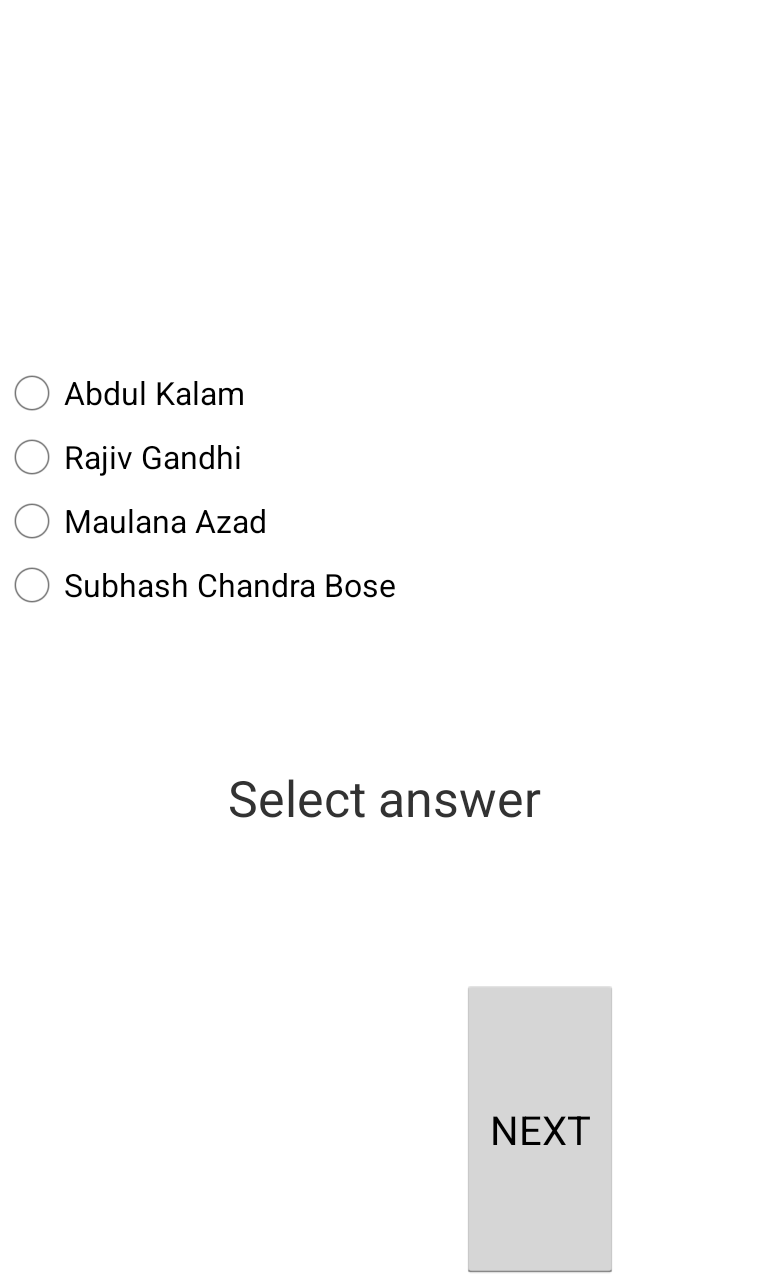
Repository: rupaligarje123/aakash
Layout: androidphotoquiz/FunChem1/photoquiz/res/layout/que6.xml
An editor plug-in stored every save of this project. The layout is shown before and after the next save, followed by the edit.
It is drawn on a 768 x 1280 px phone screen (xhdpi) without system bars, with theme AppTheme; the app's code is not run.

Above is the layout before, as saved 2013-04-18 08:35:53.

### androidphotoquiz/FunChem1/photoquiz/res/layout/que6.xml
<?xml version="1.0" encoding="utf-8"?>
<LinearLayout xmlns:android="http://schemas.android.com/apk/res/android"
    android:layout_width="match_parent"
    android:layout_height="wrap_content"
    android:orientation="vertical" >


    <TextView
        android:id="@+id/editText1"
        android:layout_width="match_parent"
        android:layout_height="80sp"
        android:layout_weight="1"
        android:gravity="center"
        android:text=""
        android:textSize="25sp" >
    </TextView>
<RadioGroup
    android:layout_width="fill_parent"
    android:layout_height="wrap_content"
    android:orientation="vertical">
    >
    <RadioButton
        android:id="@+id/rd601"
        android:layout_width="match_parent"
        android:layout_height="0dp"
        android:layout_weight="1"
        android:text="Abdul Kalam" />

    <RadioButton
        android:id="@+id/rd602"
        android:layout_width="match_parent"
        android:layout_height="0dp"
        android:layout_weight="1"
        android:text="Rajiv Gandhi" />

    <RadioButton
        android:id="@+id/rd603"
        android:layout_width="match_parent"
        android:layout_height="0dp"
        android:layout_weight="1"
        android:text="Maulana Azad" />

    <RadioButton
        android:id="@+id/rd604"
        android:layout_width="match_parent"
        android:layout_height="0dp"
        android:layout_weight="1"
        android:text="Subhash Chandra Bose " />
    </RadioGroup>
   <TextView
        android:id="@+id/tvr6"
        android:layout_width="match_parent"
        android:layout_height="80sp"
        android:layout_weight="1"
        android:gravity="center"
        android:text="@string/Result"
        android:textSize="25sp" >
    </TextView>
    <Button
        android:id="@+id/bn6"
        android:layout_width="80sp"
        android:layout_height="50sp"
        android:layout_weight="1"
        android:text="NEXT"
        android:textSize="20sp"
        android:layout_marginLeft="230sp"

        />
</LinearLayout>

### androidphotoquiz/FunChem1/photoquiz/res/values/strings.xml
<?xml version="1.0" encoding="utf-8"?>
<resources>

    <string name="app_name">FunChem</string>
    <string name="action_settings">Settings</string>
    <string name="hello_world">Identify Image</string>
    <string name="Result">Select answer</string>
    <string name="string1">Start</string>

</resources>

Loaded but not shown: androidphotoquiz/FunChem1/photoquiz/res/values/styles.xml (common file); androidphotoquiz/FunChem1/photoquiz/res/values-v11/styles.xml (common file); androidphotoquiz/FunChem1/photoquiz/res/values-v14/styles.xml (common file)

After the next save:
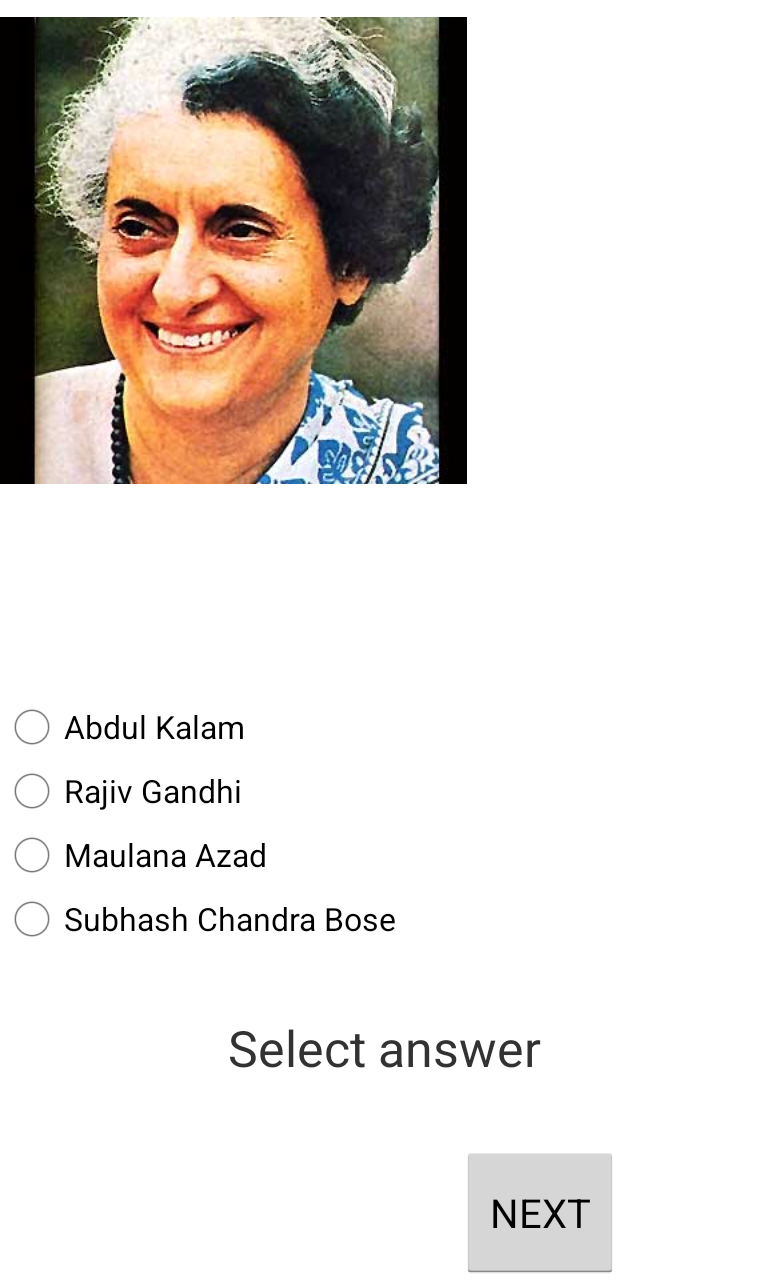
Saved 92 s later.
--- a/androidphotoquiz/FunChem1/photoquiz/res/layout/que6.xml
+++ b/androidphotoquiz/FunChem1/photoquiz/res/layout/que6.xml
@@ -4,6 +4,12 @@
     android:layout_height="wrap_content"
     android:orientation="vertical" >
 
+    <ImageView
+        android:id="@+id/imageView1"
+        android:layout_width="wrap_content"
+        android:layout_height="wrap_content"
+        android:layout_weight="1"
+        android:src="@drawable/pic6" />
 
     <TextView
         android:id="@+id/editText1"
